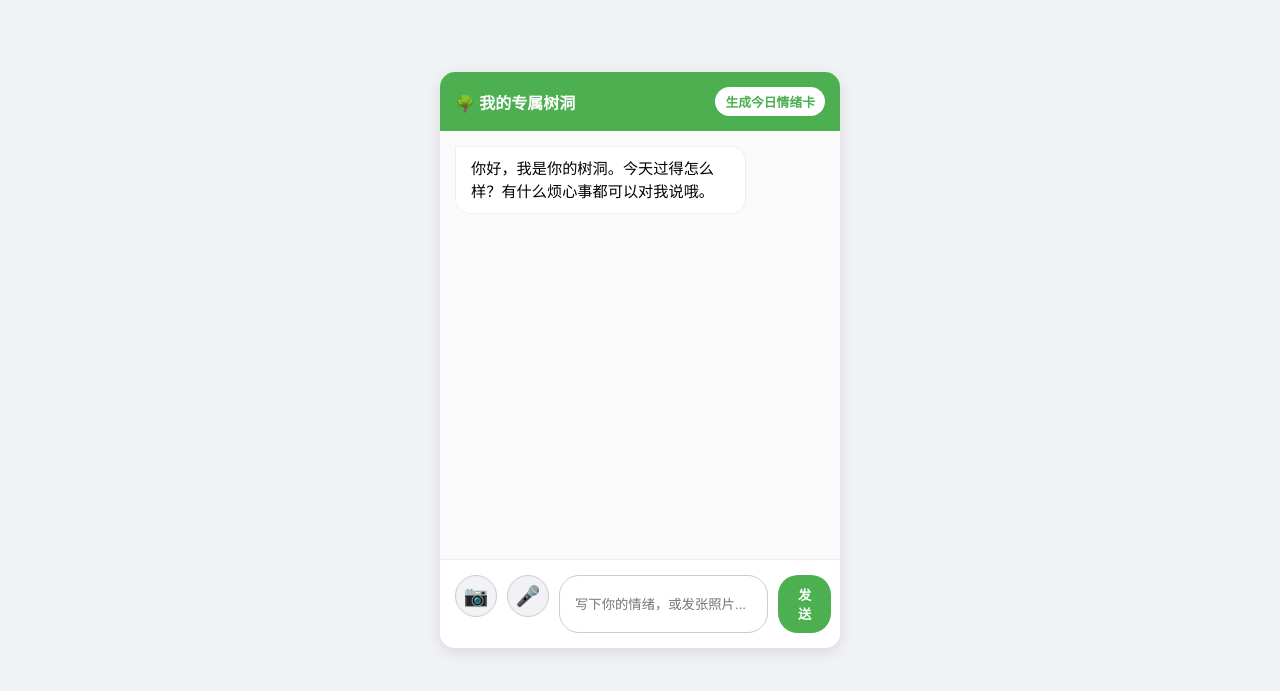
Repository: QinghuaSun1127/Tree_house
Page: index.html
The author's editor kept a copy of each file at every save. The page is drawn from the files as they stood at one save, then again after the next save.
The browser window is 1280 px wide. The pictures show the whole page.

Above is the page before, as saved 2026-04-09 23:11:07.

### index.html
<!DOCTYPE html>
<html lang="zh-CN">

<head>
    <meta charset="UTF-8">
    <meta name="viewport" content="width=device-width, initial-scale=1.0">
    <title>AI 树洞伴侣</title>
    <style>
        body {
            font-family: 'Segoe UI', Tahoma, Geneva, Verdana, sans-serif;
            background-color: #f0f2f5;
            display: flex;
            justify-content: center;
            align-items: center;
            height: 100vh;
            margin: 0;
        }

        .chat-container {
            width: 100%;
            max-width: 400px;
            background: white;
            border-radius: 15px;
            box-shadow: 0 4px 15px rgba(0, 0, 0, 0.1);
            overflow: hidden;
            display: flex;
            flex-direction: column;
            height: 80vh;
        }

        .chat-header {
            background-color: #4CAF50;
            color: white;
            padding: 15px;
            display: flex;
            justify-content: space-between;
            align-items: center;
            font-weight: bold;
        }

        .summary-btn {
            background-color: white;
            color: #4CAF50;
            border: none;
            padding: 5px 10px;
            border-radius: 15px;
            cursor: pointer;
            font-size: 0.8em;
            font-weight: bold;
        }

        .summary-btn:hover {
            background-color: #f0f0f0;
        }

        .chat-box {
            flex: 1;
            padding: 15px;
            overflow-y: auto;
            display: flex;
            flex-direction: column;
            gap: 10px;
            background-color: #fafafa;
        }

        /* --- 消息容器与头像样式 --- */
        .message-wrapper {
            display: flex;
            align-items: flex-start;
            margin-bottom: 15px;
            gap: 10px;
        }
        .user-wrapper {
            flex-direction: row-reverse; /* 用户消息靠右，头像在右 */
        }
        .ai-wrapper {
            flex-direction: row; /* AI消息靠左，头像在左 */
        }
        .avatar {
            width: 36px;
            height: 36px;
            border-radius: 50%;
            display: flex;
            justify-content: center;
            align-items: center;
            font-size: 20px;
            background-color: #eee;
            flex-shrink: 0;
            box-shadow: 0 2px 5px rgba(0,0,0,0.1);
        }
        .ai-avatar { background-color: #e8f5e9; } /* 浅绿色背景 */
        .user-avatar { background-color: #e3f2fd; } /* 浅蓝色背景 */

        /* --- 气泡样式优化 --- */
        .message {
            max-width: 70%;
            padding: 10px 15px;
            border-radius: 15px;
            line-height: 1.5;
            font-size: 0.95em;
            word-wrap: break-word;
        }
        .user-message {
            background-color: #dcf8c6;
            border-top-right-radius: 2px;
        }
        .ai-message {
            background-color: #ffffff;
            border: 1px solid #eee;
            border-top-left-radius: 2px;
        }

        /* --- 快捷引导气泡样式 --- */
        .quick-replies {
            display: flex;
            flex-wrap: wrap;
            gap: 8px;
            margin-top: 5px;
            margin-left: 46px; /* 和AI头像对齐 */
        }
        .quick-btn {
            background-color: #fff;
            border: 1px solid #4CAF50;
            color: #4CAF50;
            padding: 6px 12px;
            border-radius: 15px;
            font-size: 0.85em;
            cursor: pointer;
            transition: all 0.2s;
        }
        .quick-btn:hover {
            background-color: #4CAF50;
            color: #fff;
        }

        .summary-message {
            background-color: #fff3cd;
            border: 1px solid #ffeeba;
            color: #856404;
            align-self: center;
            width: 90%;
            text-align: center;
            font-size: 0.9em;
            border-radius: 10px;
        }

        .input-area {
            display: flex;
            padding: 15px;
            background: white;
            border-top: 1px solid #eee;
        }

        input[type="text"] {
            flex: 1;
            padding: 10px 15px;
            border: 1px solid #ccc;
            border-radius: 20px;
            outline: none;
        }

        button.send-btn {
            background-color: #4CAF50;
            color: white;
            border: none;
            padding: 10px 20px;
            margin-left: 10px;
            border-radius: 20px;
            cursor: pointer;
            font-weight: bold;
        }
       button.upload-btn {
            background-color: #f0f2f5;
            color: #555;
            border: 1px solid #ccc;
            width: 42px;
            height: 42px;
            /* Flex 居中三剑客 */
            display: flex;
            justify-content: center;
            align-items: center;
            /* 关键修复 1：去除默认行高和内边距，防止图标偏下 */
            line-height: 1;
            padding: 0;
            /* 关键修复 2：防止被右边的输入框挤扁，保证绝对的圆形 */
            flex-shrink: 0;
            border-radius: 50%;
            cursor: pointer;
            margin-right: 10px;
            font-size: 20px;
            outline: none;
        }
        button.upload-btn:hover {
            background-color: #e4e6e9;
        }
        .recording {
            background-color: #ffcccc !important; /* 变成浅红色 */
            color: red !important;
            animation: pulse 1.5s infinite;
        }
        @keyframes pulse {
            0% { transform: scale(1); }
            50% { transform: scale(1.1); }
            100% { transform: scale(1); }
        }    </style>
</head>

<body>

    <div class="chat-container">
        <div class="chat-header">
            <span>🌳 我的专属树洞</span>
            <button class="summary-btn" onclick="getSummary()">生成今日情绪卡</button>
        </div>
        <div class="chat-box" id="chatBox">
            <div class="message ai-message">你好，我是你的树洞。今天过得怎么样？有什么烦心事都可以对我说哦。</div>
        </div>
        <div class="input-area">
            <input type="file" id="imageInput" accept="image/*" style="display: none;" onchange="previewImage()">
            <button class="upload-btn" onclick="document.getElementById('imageInput').click()">📷</button>
            <button class="upload-btn" id="micBtn" onclick="toggleVoice()" title="点击开始/停止说话">🎤</button>

            <input type="text" id="userInput" placeholder="写下你的情绪，或发张照片..." onkeypress="handleKeyPress(event)">
            <button class="send-btn" onclick="sendMessage()">发送</button>
        </div>
        <div id="imagePreviewContainer" style="display: none; padding: 0 15px 10px; background: white;">
            <img id="imagePreview" style="max-height: 60px; border-radius: 8px; border: 1px solid #ccc;">
            <span style="cursor:pointer; color:red; margin-left:10px;" onclick="clearImage()">✖ 取消图片</span>
        </div>
    </div>

    <script>
        // 在系统后台默默记录所有的聊天历史
        let fullChatHistory = "";

        async function sendMessage() {
            const inputField = document.getElementById('userInput');
            const chatBox = document.getElementById('chatBox');
            const text = inputField.value.trim();

            if (!text) return;

            // 1. 显示用户的话，并记录到历史中
            chatBox.innerHTML += `<div class="message user-message">${text}</div>`;
            fullChatHistory += `用户说：${text}\n`;

            inputField.value = '';
            chatBox.scrollTop = chatBox.scrollHeight;

            const loadingId = 'loading-' + Date.now();
            chatBox.innerHTML += `<div class="message ai-message" id="${loadingId}">树洞正在倾听...</div>`;
            chatBox.scrollTop = chatBox.scrollHeight;

            try {
                const response = await fetch('http://127.0.0.1:8000/chat', {
                    method: 'POST',
                    headers: { 'Content-Type': 'application/json' },
                    body: JSON.stringify({
                        text: text,
                        image_url: currentImageDataUrl  // 把刚才保存的图片数据一起发给后端
                    })
                });

                const data = await response.json();

                // 2. 显示 AI 的回复，并记录到历史中
                document.getElementById(loadingId).innerText = data.reply;
                fullChatHistory += `树洞回复：${data.reply}\n`;

            } catch (error) {
                document.getElementById(loadingId).innerText = "（哎呀，树洞似乎开小差了）";
            }

            chatBox.scrollTop = chatBox.scrollHeight;
        }

        // 新增：调用后端摘要接口的函数
        async function getSummary() {
            if (fullChatHistory === "") {
                alert("我们还没有聊天呢，先跟我说说话吧！");
                return;
            }

            const chatBox = document.getElementById('chatBox');
            const loadingId = 'summary-loading-' + Date.now();

            // 在界面上插入一个黄色的专属情绪卡片框
            chatBox.innerHTML += `<div class="message summary-message" id="${loadingId}">正在生成您的专属情绪报告...</div>`;
            chatBox.scrollTop = chatBox.scrollHeight;

            try {
                const response = await fetch('http://127.0.0.1:8000/summary', {
                    method: 'POST',
                    headers: { 'Content-Type': 'application/json' },
                    body: JSON.stringify({ chat_history: fullChatHistory })
                });

                const data = await response.json();

                // 将后端的摘要结果显示在黄色卡片里（把换行符替换为 HTML 的 <br> 以便格式美观）
                document.getElementById(loadingId).innerHTML = "<strong>🌟 今日心境报告 🌟</strong><br>" + data.summary.replace(/\n/g, '<br>');
            } catch (error) {
                document.getElementById(loadingId).innerText = "生成情绪报告失败，请重试。";
            }

            chatBox.scrollTop = chatBox.scrollHeight;
        }

        function handleKeyPress(event) {
                if (event.key === 'Enter') {
                    sendMessage();
                }
            }
        let currentImageDataUrl = null; // 用来暂存用户选择的图片
            // 语音识别全局变量
                let recognition;
                let isRecording = false;

                // 1. 初始化浏览器的语音识别引擎
                if ('webkitSpeechRecognition' in window || 'SpeechRecognition' in window) {
                    const SpeechRecognition = window.SpeechRecognition || window.webkitSpeechRecognition;
                    recognition = new SpeechRecognition();
                    recognition.continuous = false; // 设为 false：说完一句话自动停止
                    recognition.interimResults = false; // 设为 false：只返回最终识别结果
                    recognition.lang = 'zh-CN'; // 设定识别语言为中文

                    // 当录音开始时
                    recognition.onstart = function () {
                        isRecording = true;
                        document.getElementById('micBtn').classList.add('recording');
                        document.getElementById('userInput').placeholder = "正在倾听，请说话...";
                    };

                    // 当识别到语音并转化为文字时
                    recognition.onresult = function (event) {
                        const transcript = event.results[0][0].transcript;
                        const inputField = document.getElementById('userInput');
                        // 将语音转成的文字追加到输入框里
                        inputField.value += transcript;
                    };

                    // 当发生错误（比如没给麦克风权限）时
                    recognition.onerror = function (event) {
                        console.error("语音识别错误: ", event.error);
                        if (event.error === 'not-allowed') {
                            alert("无法录音，请在浏览器地址栏左侧允许麦克风权限！");
                        }
                    };

                    // 当录音结束时
                    recognition.onend = function () {
                        isRecording = false;
                        document.getElementById('micBtn').classList.remove('recording');
                        document.getElementById('userInput').placeholder = "写下你的情绪，或发张照片...";
                    };
                } else {
                    console.warn("当前浏览器不支持 Web Speech API");
                }

                // 2. 绑定按钮点击事件：点击开始，再点停止
                function toggleVoice() {
                    if (!recognition) {
                        alert("非常抱歉，您的浏览器不支持语音输入功能，推荐使用最新版 Chrome 或 Edge 浏览器。");
                        return;
                    }
                    if (isRecording) {
                        recognition.stop();
                    } else {
                        recognition.start();
                    }
                }
            // 1. 用户选择图片后的预览与转换逻辑
            function previewImage() {
                const file = document.getElementById('imageInput').files[0];
                if (file) {
                    const reader = new FileReader();
                    reader.onload = function (e) {
                        currentImageDataUrl = e.target.result; // 这就是那串神奇的 Base64 代码
                        document.getElementById('imagePreview').src = currentImageDataUrl;
                        document.getElementById('imagePreviewContainer').style.display = 'block';
                    };
                    reader.readAsDataURL(file); // 开始读取文件
                }
            }

            // 2. 取消图片的逻辑
            function clearImage() {
                currentImageDataUrl = null;
                document.getElementById('imageInput').value = '';
                document.getElementById('imagePreviewContainer').style.display = 'none';
            }
    </script>

</body>

</html>

After the next save:
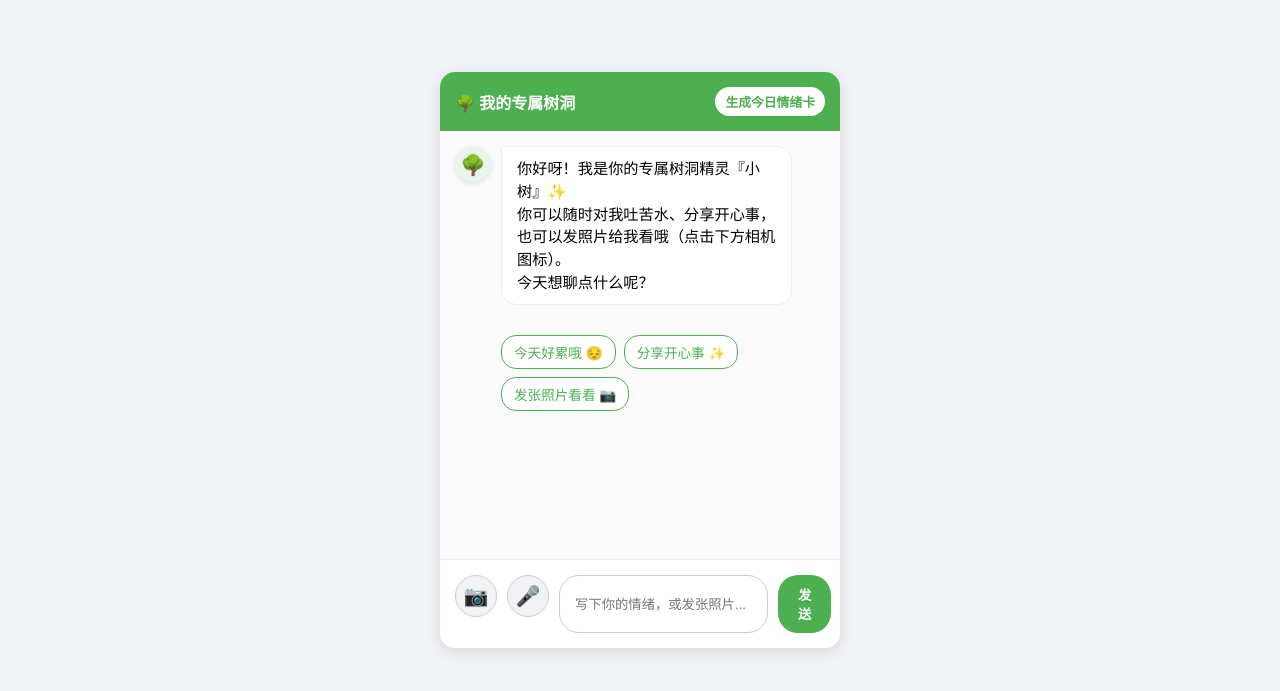
Saved 51 s later.
--- a/index.html
+++ b/index.html
@@ -213,7 +213,19 @@
             <button class="summary-btn" onclick="getSummary()">生成今日情绪卡</button>
         </div>
         <div class="chat-box" id="chatBox">
-            <div class="message ai-message">你好，我是你的树洞。今天过得怎么样？有什么烦心事都可以对我说哦。</div>
+            <div class="message-wrapper ai-wrapper">
+                <div class="avatar ai-avatar">🌳</div>
+                <div class="message ai-message">
+                    你好呀！我是你的专属树洞精灵『小树』✨<br>
+                    你可以随时对我吐苦水、分享开心事，也可以发照片给我看哦（点击下方相机图标）。<br>
+                    今天想聊点什么呢？
+                </div>
+            </div>
+            <div class="quick-replies" id="quickReplies">
+                <button class="quick-btn" onclick="sendQuickReply('哎，我今天真的好累哦😔')">今天好累哦 😔</button>
+                <button class="quick-btn" onclick="sendQuickReply('遇到一件超开心的事情！✨')">分享开心事 ✨</button>
+                <button class="quick-btn" onclick="document.getElementById('imageInput').click()">发张照片看看 📷</button>
+            </div>
         </div>
         <div class="input-area">
             <input type="file" id="imageInput" accept="image/*" style="display: none;" onchange="previewImage()">
